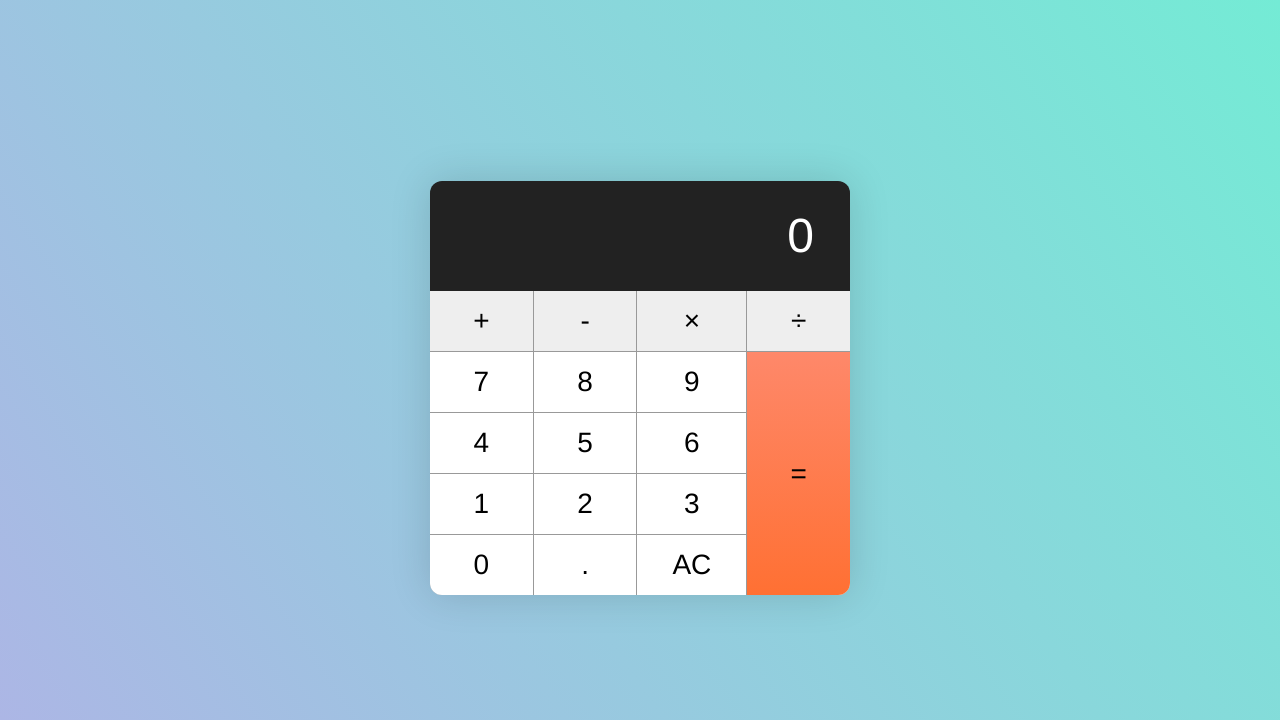
Repository: Drumstrum88/LAB-calculator
Page: index.html
An editor plug-in stored every save of this project. The page is shown before and after the next save, followed by the edit.
The browser window is 1280 px wide. The pictures show the whole page.

Above is the page before, as saved 2023-04-25 20:04:48.

### index.html
<!DOCTYPE html>
<html lang="en">
<head>
  <meta charset="UTF-8">
  <meta http-equiv="X-UA-Compatible" content="IE=edge">
  <meta name="viewport" content="width=device-width, initial-scale=1.0">
  <title>Calculator</title>
  <link rel="stylesheet" href="main.css">
</head>
<body>
  <div class="container">
    <div class="calculator">
      <div class="calculator__display">0</div>

      <div class="calculator__keys" id="input">
        <button class="key--operator" data-action="add">+</button>
        <button class="key--operator" data-action="subtract">-</button>
        <button class="key--operator" data-action="multiply">&times;</button>
        <button class="key--operator" data-action="divide">÷</button>
        <button class="number">7</button>
        <button class="number">8</button>
        <button class="number">9</button>
        <button class="number">4</button>
        <button class="number">5</button>
        <button class="number">6</button>
        <button class="number">1</button>
        <button class="number">2</button>
        <button class="number">3</button>
        <button class="number">0</button>
        <button data-action="decimal">.</button>
        <button data-action="clear" id="clear">AC</button>
        <button class="key--equal" data-action="calculate" id="result">=</button>
      </div>
    </div>
  </div>
  <script src="main.js"></script>
  </body>
</html>

### main.css
html {
  box-sizing: border-box;
}

*,
*::before,
*::after {
  box-sizing: inherit;
}

body {
  margin: 0;
}


embed,
iframe,
img,
object,
video {
  max-width: 100%;
}

h1,
h2,
h3,
h4,
h5,
h6,
ul,
ol,
li,
p,
pre,
blockquote,
figure,
hr {
  margin: 0;
  padding-right: 0;
  padding-left: 0;
}

a {
  text-decoration: none;
}

a:focus {
  outline: none;
}

h1,
h2,
h3,
h4,
h5,
h6 {
  display: block;
}


ol,
ul {
  list-style: none;
}


input,
textarea,
button {
  border: 0;
  border-radius: 0;
  background-color: transparent;
  font-size: inherit;
  font-family: inherit;
  font-weight: inherit;
  outline: none;
  appearance: none;
  text-align: left;
}

input:hover,
input:active,
input:focus,
textarea:hover,
textarea:active,
textarea:focus,
button:hover,
button:active,
button:focus {
  outline: none;
}

:root {
  font-family: Helvetica, Arial, sans-serif;
}

html {
  font-size: 175%;
  font-weight: 300;
  line-height: 1.3;
}

body {
  align-items: center;
  background-image: linear-gradient(236deg, #74ebd5, #acb6e5);
  display: flex;
  height: 100vh;
  justify-content: center;
}

.container {
  max-width: 20em;
}

.container > p {
  text-align: center;
}

.calculator {
  border-radius: 12px;
  box-shadow: 0 0 40px 0px rgba(0, 0, 0, 0.15);
  margin-left: auto;
  margin-right: auto;
  margin-top: 2em;
  max-width: 15em;
  overflow: hidden;
}

.calculator__display {
  background-color: #222222;
  color: #fff;
  font-size: 1.714285714em;
  padding: 0.5em 0.75em;
  text-align: right;
  height: 2;
}

.calculator__keys {
  background-color: #999;
  display: grid;
  grid-gap: 1px;
  grid-template-columns: repeat(4, 1fr);
}

.calculator__keys > * {
  background-color: #fff;
  padding: 0.5em 1.25em;
  position: relative;
  text-align: center;
}

.calculator__keys > *:active::before,
.calculator__keys > .is-depressed::before {
  background-color: rgba(0, 0, 0, 0.2);
  bottom: 0;
  box-shadow: 0 0 6px 0 rgba(0, 0, 0, 0.5) inset;
  content: "";
  left: 0;
  opacity: 0.3;
  position: absolute;
  right: 0;
  top: 0;
  z-index: 1;
}

.key--operator {
  background-color: #eee;
}

.key--equal {
  background-image: linear-gradient(to bottom, #fe886a, #ff7033);
  grid-column: -2;
  grid-row: 2 / span 4;
}

### main.js
const calculatorDisplay = document.querySelector('.calculator__display');
const calculatorKeys = document.querySelector('.calculator__keys');


let currentInput = '0';
let previousInput = '';
let calculationOperator = '';
let result = '';

const updateDisplay = () => {
  calculatorDisplay.textContent = currentInput;
}

const calculate = () => {
  switch (calculationOperator) {
    case 'add':
      result = parseFloat(previousInput) + parseFloat(currentInput);
      break;
    case 'subtract':
      result = parseFloat(previousInput) - parseFloat(currentInput);
      break;
    case 'multiply':
      result = parseFloat(previousInput) * parseFloat(currentInput);
      break;
    case 'divide':
      result = parseFloat(previousInput) / parseFloat(currentInput);
      break;
    default:
      return;
  }
  currentInput = result.toString();
  calculationOperator = '';
}

calculatorKeys.addEventListener('click', event => {
  const key = event.target;
  const action = key.dataset.action;
  const keyContent = key.textContent;

  if (event.target.matches('button')) {
    if (action === 'decimal') {
      if (!currentInput.includes('.')) {
        currentInput += '.';
      }
    } else if (action === 'clear') {
      currentInput = '0';
      previousInput = '';
      calculationOperator = '';
      result = '';
    } else if (action === 'add' || action === 'subtract' || action === 'multiply' || action === 'divide') {
      if (previousInput === '') {
        previousInput = currentInput;
      } else {
        calculate();
      }
      calculationOperator = action;
      currentInput = '';
    } else if (action === 'calculate') {
      if (previousInput === '') {
        return;
      } else {
        calculate();
      }
    } else {
      if (currentInput === '0') {
        currentInput = keyContent;
      } else {
        currentInput += keyContent;
      }
    }
    updateDisplay();
  }
});

After the next save:
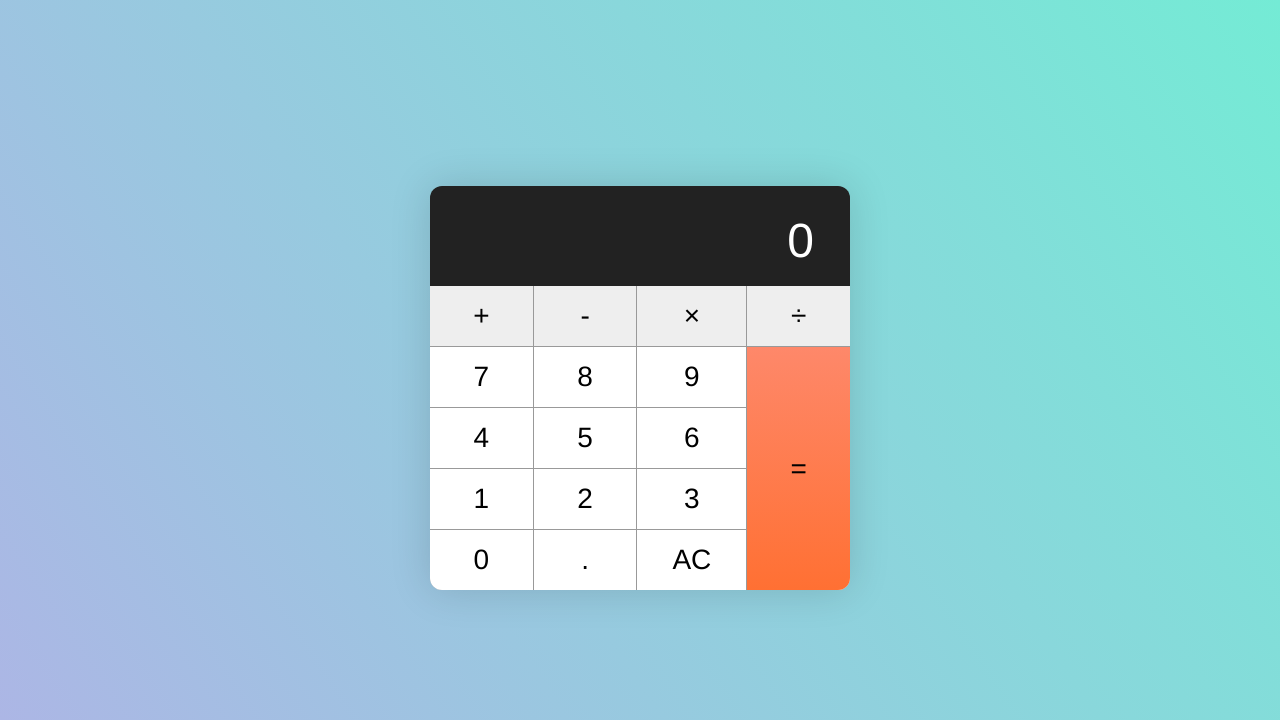
Saved 4 s later.
--- a/main.css
+++ b/main.css
@@ -132,7 +132,7 @@ body {
   font-size: 1.714285714em;
   padding: 0.5em 0.75em;
   text-align: right;
-  height: 2;
+  height: 100px;
 }
 
 .calculator__keys {
